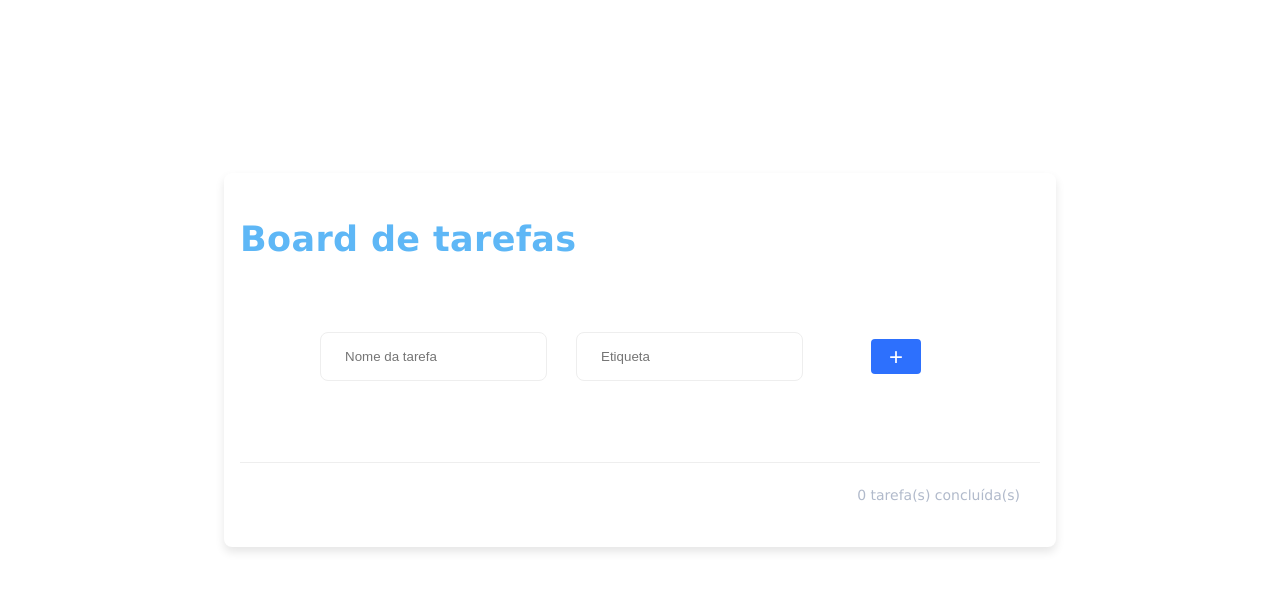
Repository: elasoares/RID187500_Desafio3
Page: index.html
These files come from the project's save history. The page is drawn as it stood at one moment and after a run of saves; the edit follows.
The browser window is 1280 px wide. The pictures show the whole page.

Above is the page before, as saved 2024-12-03 19:43:08.

After the next 2 saves:
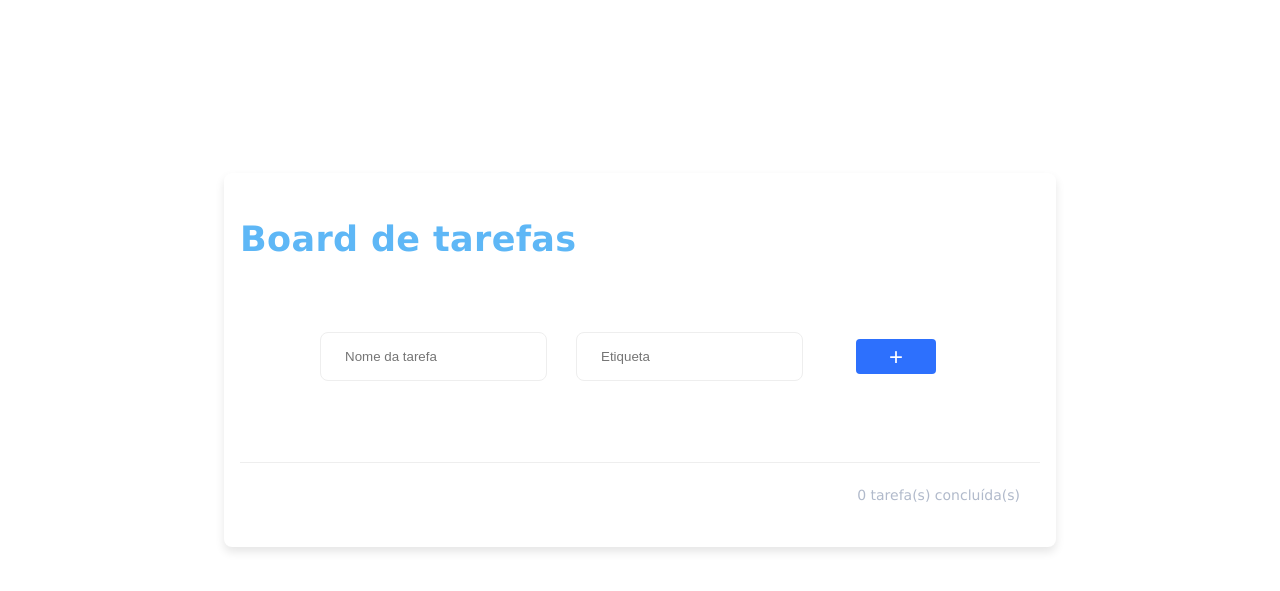
The 2 saves are shown as one change because they came seconds apart.
The last was saved 38 s later.
--- a/style.css
+++ b/style.css
@@ -135,7 +135,6 @@ input{
     gap: 10px;
     border-radius: 8px;
     border: 1px solid #EEEEEE
-
 }
 
 input:focus {
@@ -273,7 +272,7 @@ input:focus {
     }
 
     .add-tarefa-btn {
-        width: 5rem;
+        width: 8rem;
         height: 3.5rem;
     }
 
